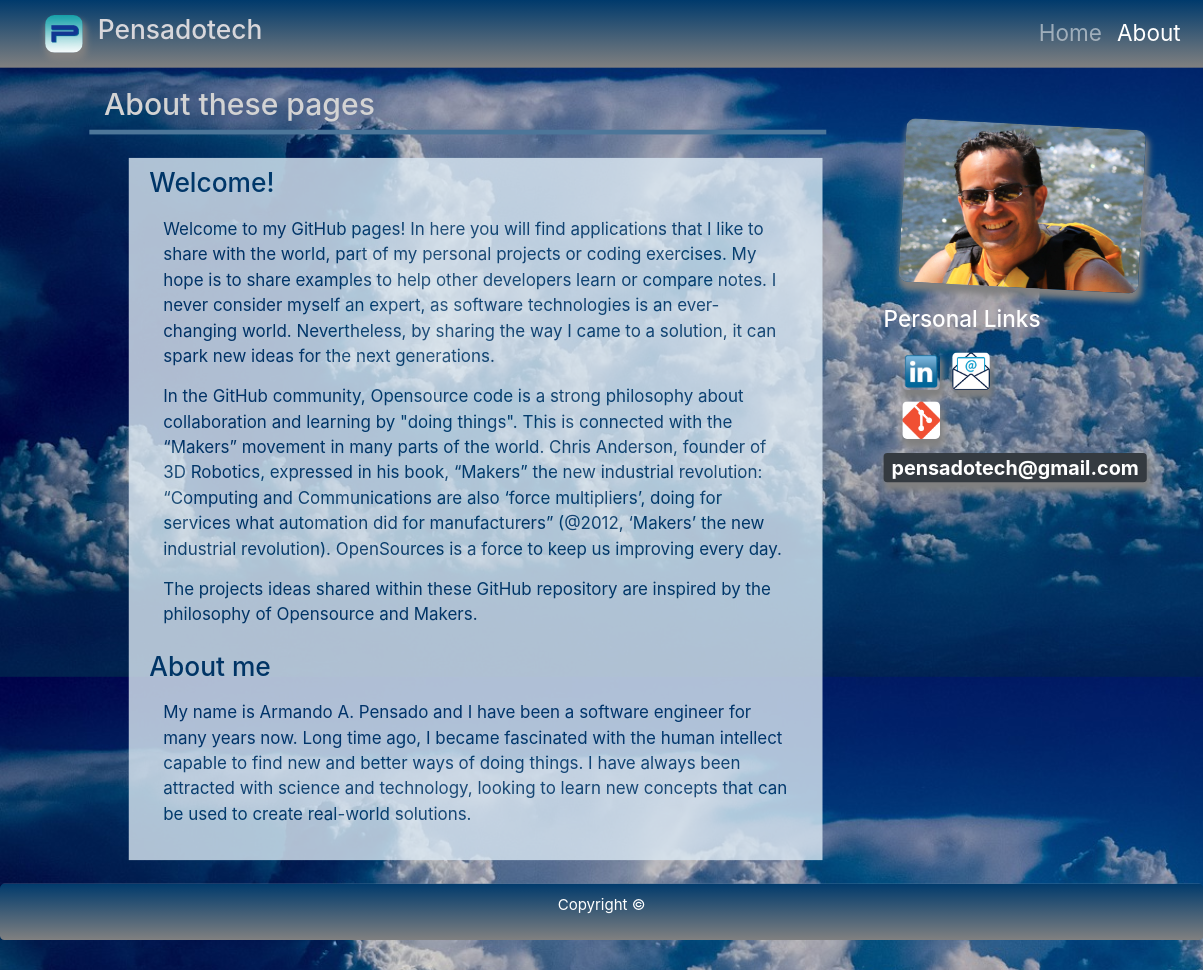
Repository: pensadotech/pensadotech.github.io
Page: about.html
An editor plug-in stored every save of this project. The page is shown before and after the next save, followed by the edit.
The browser window is 1280 px wide. The pictures show the whole page, at 94% of full size.
Backgrounds fixed to the window are drawn as part of the page.

Above is the page before, as saved 2022-10-29 13:15:29.

### about.html
<!DOCTYPE html>
<html lang="en">

<head>
  <meta charset="UTF-8">
  <meta name="viewport" content="width=<device-width>, initial-scale=1.0">
  <meta http-equiv="X-UA-Compatible" content="ie=edge">
  <title>About</title>
  <link rel="icon" href="./assets/images/pensadotech.ico">

  <!-- Styles  -->
  <link rel="stylesheet" href="./assets/styles/reset.css">
  <link href='https://stackpath.bootstrapcdn.com/bootstrap/4.1.1/css/bootstrap.min.css' rel='stylesheet'
    integrity='sha384-WskhaSGFgHYWDcbwN70/dfYBj47jz9qbsMId/iRN3ewGhXQFZCSftd1LZCfmhktB' crossorigin='anonymous'>
  <link rel="stylesheet" href="./assets/styles/ptech.css" class="css">
</head>

<body>

  <header class="header">
    <!-- Navigation var on top -->
    <nav class="navbar navbar-expand-sm navbar-dark gradBlue">
      <!-- Brand -->
      <a class="navbar-brand">
        <a class="nav-link d-inline" href="./index.html">
          <img src="./assets/images/P2.gif" alt="Logo" class="brandLogo imgRnd10 imageShadow">
        </a>
        <h3 class="d-inline align-baseline brandName">
          Pensadotech
        </h3>
      </a>
      <!-- Button for small devices -->
      <button class="navbar-toggler" type="button" data-toggle="collapse" data-target="#collapsibleNavbar">
        <span class="navbar-toggler-icon"></span>
      </button>
      <!-- Menu-Link options -->
      <div class="collapse navbar-collapse" id="collapsibleNavbar">
        <!-- Menu left aligned (ml-auto) ref: https://stackoverflow.com/questions/41513463/bootstrap-4-align-navbar-items-to-the-right -->
        <ul class="navbar-nav ml-auto">
          <li class="nav-item ml-auto ">
            <a class="nav-link" href="./index.html">Home</a>
          </li>
          <li class="nav-item ml-auto active">
            <a class="nav-link" href="./about.html">About</a>
          </li>
        </ul>
      </div>
    </nav>
  </header>
  <!-- header end -->

  <section class="section">
    <div class="container">

      <!-- Main row -->
      <div class="row">

        <!-- column 1 -->
        <div class="col-sm-9">

          <div class="row">
            <div class="col-sm-12 topSubtitle">
              <h2>About these pages</h2>
            </div>
          </div>
          <div class="row">
            <div class="col-sm-12">
              <div class="divider"> </div>
            </div>
          </div>

          <div class="d-flex p-2">
            <div class="row d-flex justify-content-center">
              <div class="contentEnvelop">

                <h3 class="sectionHeader">Welcome! </h3>
                <p class="sectionContent">
                  Welcome to my GitHub pages! In here you will find applications that I like to share with the world,
                  part of my personal projects or coding exercises.
                  My hope is to share examples to help other developers learn or
                  compare notes. I never consider myself an expert, as software technologies is an ever-changing world.
                  Nevertheless, by sharing the way I came to a solution, it can spark new ideas for the next
                  generations.
                </p>
                <p class="sectionContent">
                  In the GitHub community, Opensource code is a strong philosophy about collaboration and learning by
                  "doing things". This is connected with the “Makers” movement in many parts of the world. Chris
                  Anderson, founder of 3D Robotics, expressed in his book, “Makers” the new industrial revolution:
                  “Computing and Communications are also ‘force multipliers’, doing for services what automation did
                  for manufacturers” (@2012, ‘Makers’ the new industrial revolution). OpenSources is a force to keep
                  us improving every day.
                </p>
                <p class="sectionContent">
                  The projects ideas shared within these GitHub repository are inspired by the philosophy of
                  Opensource and Makers.
                </p>

                <h3 class="sectionHeader">About me </h3>
                <p class="sectionContent">
                  My name is Armando A. Pensado and I have been a software engineer for many years now. Long time ago, I
                  became fascinated with the human intellect capable to find new and better ways of doing things. I have
                  always been attracted with science and technology, looking to learn new concepts that can be used to
                  create real-world solutions.
                </p>

              </div>
            </div>
          </div>
        </div>
        <!-- column 1 end -->

        <!-- column 2 -->
        <div class="col-sm-3">
          <!-- <h6>About</h6> -->
          <div class="personalImageHolder">
            <img class="img-fluid personalImage imgRnd10 imageShadow imageRotate" src="./assets/images/pensado2016.jpg"
              alt="Armando A. Pensado">
          </div>


          <h4 class="personalHeader">Personal Links</h4>

          <div class="perLinkGroup">
            <!-- First group -->
            <div class="d-flex flex-nowrap perLinkFstRow">
              <div class="p-2 perLinkImgHolder">
                <a class="nav-link active" href="https://www.linkedin.com/in/armandopensado/" target="_blank"
                  title="go to linkedIn">
                  <img class="perLinkImg imgRnd5 imageShadow" src="./assets/images/linkedin.png" alt="linkeIn">
                </a>
              </div>
              <div class="p-2 perLinkImgHolder">
                <a class="nav-link active" href="mailto:pensadotech@gmail.com?Subject=Hello%20I%20have%20a%20request" target="_top"
                  title="send email">
                  <img class="perLinkImg imgRnd5 imageShadow" src="./assets/images/email.png" alt="Twitter">
                </a>
              </div>
            </div>
            <!-- Second group -->
            <div class="d-flex flex-nowrap">
              <div class="p-2 perLinkImgHolder">
                <a class="nav-link active" href="https://github.com/pensadotech" target="_blank" title="go to GitHub">
                  <img class="perLinkImg imgRnd5 imageShadow" src="./assets/images/git.png" alt="gitHub">
                </a>
              </div>
              <div class="p-2 perLinkImgHolder">
                <!-- <a class="nav-link active" href="http://pensadotech.blogspot.com/" target="_blank" title="go to blog">
                  <img class="perLinkImg imgRnd5 imageShadow" src="./assets/images/blog.png" alt="blogg">
                </a> -->
              </div>
            </div>
          </div>
          <!-- perLinkGroup -->

          <h3 class="contactLinks">
            <span class="badge badge-dark imageShadow">pensadotech@gmail.com</span>
          </h3>

        </div>
        <!-- column 2 end -->

      </div>
      <!-- main row end -->

    </div>
    <!-- container end -->
  </section>
  <!-- section end -->

  <footer class="footer jumbotron text-center gradBlue">
    <p>Copyright &copy;</p>
  </footer>


  <!-- Scripts ............................. -->
  <script src="https://code.jquery.com/jquery-3.3.1.slim.min.js"
    integrity="sha384-q8i/X+965DzO0rT7abK41JStQIAqVgRVzpbzo5smXKp4YfRvH+8abtTE1Pi6jizo" crossorigin="anonymous">
  </script>
  <script src="https://cdnjs.cloudflare.com/ajax/libs/popper.js/1.14.3/umd/popper.min.js"
    integrity="sha384-ZMP7rVo3mIykV+2+9J3UJ46jBk0WLaUAdn689aCwoqbBJiSnjAK/l8WvCWPIPm49" crossorigin="anonymous">
  </script>
  <script src="https://stackpath.bootstrapcdn.com/bootstrap/4.1.3/js/bootstrap.min.js"
    integrity="sha384-ChfqqxuZUCnJSK3+MXmPNIyE6ZbWh2IMqE241rYiqJxyMiZ6OW/JmZQ5stwEULTy" crossorigin="anonymous">
  </script>

</body>

</html>

### assets/styles/ptech.css
body {
    /* Remove margins and padding around content */
    margin: 0;
    padding: 0;
    /* Fix background during scrolling */
    background-attachment: fixed;
    /* Use scalable background image (cross borwser) */
    background-image: url("../images/Background.jpg");
    background-position: center center;
    background-attachment: fixed;
    -webkit-background-size: cover;
    -moz-background-size: cover;
    -o-background-size: cover;
    background-size: cover;
    color: #003A6C;
}

.gradBlue {
    /* Gradient for NavBar */
    background-image: -webkit-linear-gradient(top, #003A6C, gray);
    background-image: -moz-linear-gradient(top, #003A6C, gray);
    background-image: -ms-linear-gradient(top, #003A6C, gray);
    background-image: -o-linear-gradient(top, #003A6C, gray);
    background-image: linear-gradient(top, #003A6C, gray);
}

.imgRnd10 {
    /* Rounded image corners */
    -webkit-border-radius: 10px;
    -moz-border-radius: 10px;
    border-radius: 10px;
}

.imgRnd5 {
    /* Rounded image corners */
    -webkit-border-radius: 5px;
    -moz-border-radius: 5px;
    border-radius: 5px;
}

.imageShadow {
    /* Add drop shadow */
    -webkit-box-shadow: 2px 7px 7px 2px gray;
    -moz-box-shadow: 2px 7px 7px 2px gray;
    box-shadow: 2px 7px 7px 2px gray;
}

.imageRotate {
    /* Rotate Image */
    -webkit-transform: rotate(3deg);
    -moz-transform: rotate(3deg);
    -o-transform: rotate(3deg);
    -ms-transform: rotate(3deg);
    transform: rotate(3deg);
}

/* Header ............................................... */
.brandName {
    color: rgb(216, 215, 219);
}

.header a {
    font-size: 24px;
}

a:hover {
    font-size: 25px;
}

.brandLogo {
    width: 40px;
}

/*  Footer ..................................... */
.footer {
    color: white;
    /* Controling the size of a jumbotron */
    padding-top: 10px;
    padding-bottom: 10px;
}

.redBorder {
    border: 2px solid red;
}

.grayBorder {
    border: 2px solid gray;
}

.divider {
    background-color: rgb(77, 118, 153);
    height: 5px;
    width: 95%;
    margin-left: 10px;
}

.topSubtitle {
    padding-top: 20px;
    margin-left: 3%;
    color: lightgray;
}

.contentEnvelop {
    background-color: #DBE9F4;
    opacity: 0.8;
    margin: 2% 5% 2% 7%;
    padding-bottom: 20px;
}

.sectionHeader {
    padding-top: 10px;
    padding-bottom: 10px;
    margin-left: 3%;
}

.sectionContent {
    font-size: 18px;
    margin-left: 5%;
    margin-right: 5%;
}




/* Personal image ...............................*/
.personalImageHolder {
    margin: 40px 0px 20px 0px;
}

.personalImage {
    width: 270px;
    margin-top: 20px;
    margin-left: 20px;
}

.personalHeader {
    color: white;
}

/* Personla links ............................*/
.perLinkGroup {
    margin: 20px 10px 20px 20px;
}

.perLinkFstRow {
    margin: 5px 0px 20px 0px;
}

.perLinkImgHolder {
    position: relative;
    margin-right: 5px;
}

.perLinkImg {
    width: 40px;
    padding-left: 0px;
    position: absolute;
    top: 0;
    left: 0;
}

.perLinkImg:hover {
    width: 45px;
}

.contactLinks {
    font-size: 28px;
}

/* media queries .............................. */
/* Intermediate tables */
@media screen and (max-width: 1200px) and (min-width: 986px) {
    .contactLinks {
        font-size: 24px;
    }
}

/* Small tables */
@media screen and (max-width: 985px) and (min-width: 576px) {
    .contactLinks {
        font-size: 18px;
    }
}

/* Mobile */
@media screen and (max-width: 576px) {
    .contactLinks {
        font-size: 28px;
    }
}

/* Article Cards ................................... */
.card {
    margin: 20px;
    width: 160px;
    height: 150px;
    background-color: lightgray;
    display: flex;
    justify-content: center;
    align-items: center;
}

.card-title {
    margin-top: 3px;
}

.card:hover {
    width: 170px;
    border: 3px solid blue;
}

/* Articles .......................................*/
.articleTitle {
    color: rgb(3, 3, 121);
    font-weight: bolder;
}

.articleSubtitle {
    color: gray;
}

.elementCenter {
    display: flex;
    justify-content: center;
    align-items: center;
}

.articleLinkImg:hover {
    font-size: 35px;
}

.articleLinkImg {
    width: 30px;
    padding-left: 0px;
}

/*  Image sizes ...................................... */
.articleImage40 {
    width: 40%;
}

.articleImage50 {
    width: 50%;
}

.articleImage60 {
    width: 60%;
}

.articleImage70 {
    width: 70%;
}

.articleImage80 {
    width: 80%;
}

.articleImage90 {
    width: 90%;
}

.articleImage100 {
    width: 100%;
}

Loaded but not shown: assets/styles/reset.css (common file)

After the next save:
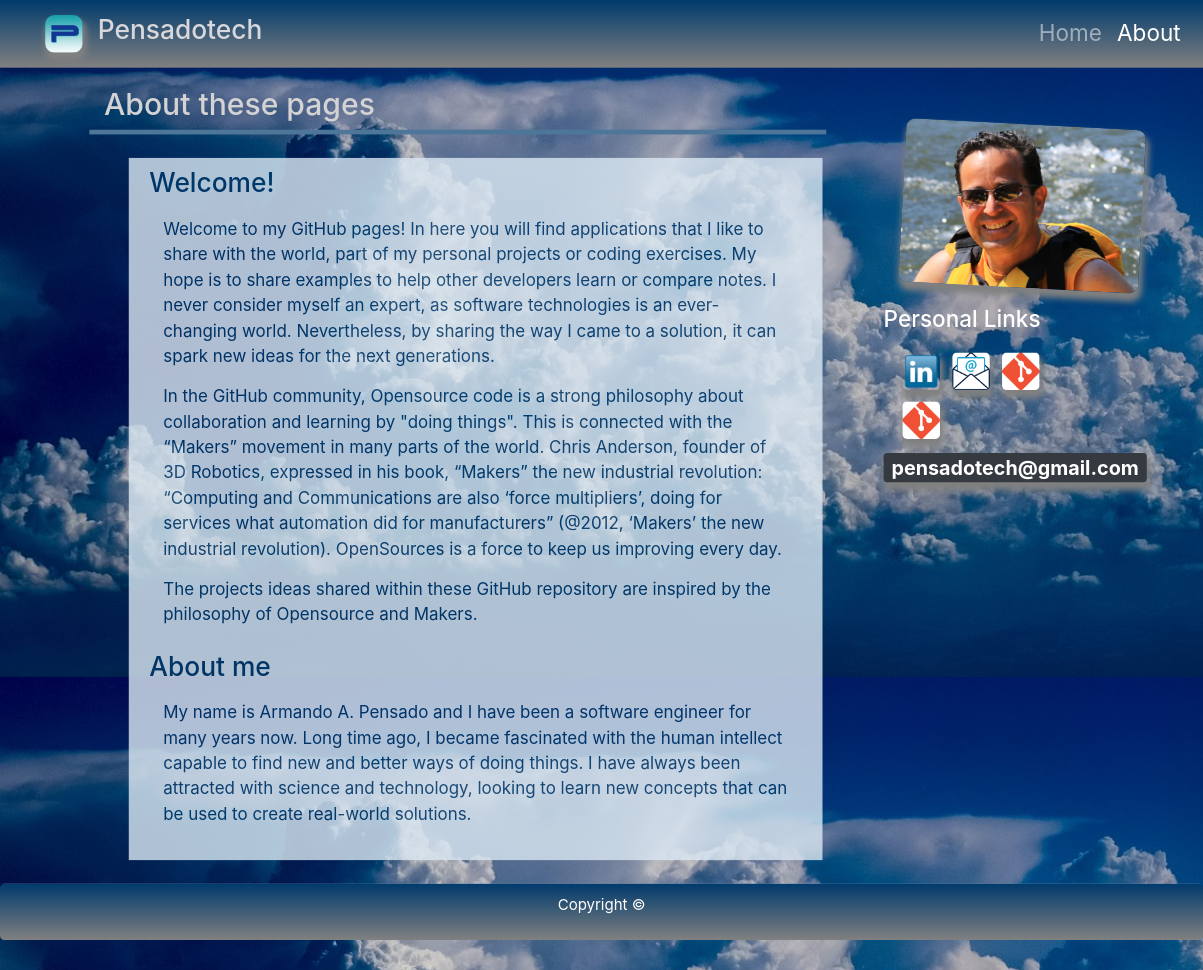
Saved 62 s later.
--- a/about.html
+++ b/about.html
@@ -135,6 +135,11 @@
                   <img class="perLinkImg imgRnd5 imageShadow" src="./assets/images/email.png" alt="Twitter">
                 </a>
               </div>
+              <div class="p-2 perLinkImgHolder">
+                <a class="nav-link active" href="https://github.com/pensadotech" target="_blank" title="go to GitHub">
+                  <img class="perLinkImg imgRnd5 imageShadow" src="./assets/images/git.png" alt="gitHub">
+                </a>
+              </div>
             </div>
             <!-- Second group -->
             <div class="d-flex flex-nowrap">
